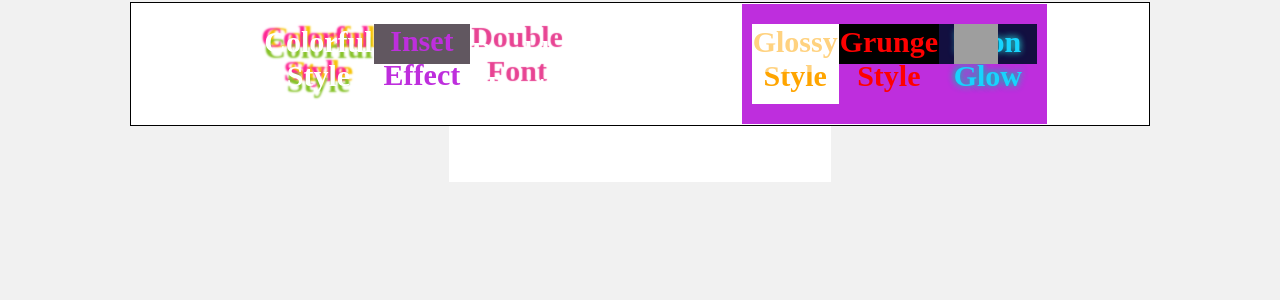
Repository: watermelonfee/HTCNWEB
Page: CSS/Tuan03/Bai2/Bai2b.html
An editor plug-in stored every save of this project. The page is shown before and after the next save, followed by the edit.
The browser window is 1280 px wide. The pictures show the whole page.
Pictures or frames that could not be fetched are drawn as grey boxes.

Above is the page before, as saved 2023-03-13 23:09:44.

### CSS/Tuan03/Bai2/Bai2b.html
<!DOCTYPE html>
<html lang="en">

<head>
    <meta charset="UTF-8" />
    <meta name="viewport" content="width=device-width, initial-scale=1.0" />
    <link rel="stylesheet" href="bai2b.css" />
    <title>Bai 2b - html</title>
</head>

<body>
    <div id="content">
        <div id="content2">
            <div id="divID1">Colorful Style</div>
            <div id="divID2">Inset Effect</div>
            <div id="divID3">Double Font</div>
        </div>
        <div id="content3">
            <div id="divID4">
                Glossy Style
                <span id="divID4_span"></span>
            </div>
            <div id="divID5">
                Grunge Style
                <span id="divID5_span"></span>
            </div>
            <div id="divID6">Neon Glow</div>
        </div>
    </div>
    <div id="content2" class="container">
        <p>Cool CSS Text Effect</p>
    </div>
</body>

</html>

### CSS/Tuan03/Bai2/bai2b.css
* {
    margin: 0 auto;
    padding: 1px;
    box-sizing: border-box;
}

body {
    background-color: #f1f1f1;
}

div {
    background-color: white;
    font-size: 30px;
    font-weight: 600;
}

#content {
    width: 80%;
    border: 1px solid;
    display: flex;
    justify-content: space-between;
}

#content2 {
    width: 30%;
    text-align: center;
    font-size: 30px;
    padding: 10px;
    font-weight: 700;
    color: white;
    display: flex;
    justify-content: space-between;
}

#content3 {
    width: 30%;
    background-color: #be2edd;
    text-align: center;
    font-size: 30px;
    padding: 10px;
    font-weight: 700;
    color: white;
    display: flex;
    justify-content: space-between;
}

#divID1 {
    text-shadow: 0 6px 2px #85c226, -3px -5px 2px #fe2192, 3px -5px 2px #f7c200;
    margin-top: 10px;
    margin-bottom: 10px;
    margin-left: 20px;
    height: 40px;
    width: 250px;
    align-items: center;
}

#divID2 {
    padding: 0px 10px 0px 10px;
    color: #be2edd;
    background-color: #615760;
    margin-top: 10px;
    margin-bottom: 10px;
    height: 40px;
    width: 200px;
    align-items: center;
}

#divID3 {
    text-shadow: 0px -15px 1px #e84393;
    margin-top: 20px;
    margin-bottom: 10px;
}

#divID4 {
    position: relative;
    font-weight: bold;
    color: orange;
    margin-top: 10px;
    margin-bottom: 10px;
}

#divID4_span {
    position: absolute;
    display: block;
    top: 0;
    left: 0;
    height: 60%;
    width: 100%;
    z-index: 21;
    /* background: url('../../images/bt-css/glossy.png'); */
    background: linear-gradient(white, rgb(255, 255, 255));
    opacity: 0.5;
}

#divID5 {
    position: relative;
    font-weight: bold;
    color: red;
    margin-top: 10px;
    margin-bottom: 10px;
    background-color: black;
    height: 40px;
    width: 250px;
    align-items: center;
}

#divID5_span {
    position: absolute;
    display: block;
    top: 0;
    left: 115px;
    width: 44%;
    height: 100%;
    z-index: 21;
    background: url('../../images/bt-css/grunge.png');
}

#divID6 {
    background-color: #130f40;
    color: #17D4FE;
    text-shadow: 0px 0px 7px #22a6b3, -1px -1px 7px #22a6b3;
    margin-top: 10px;
    margin-bottom: 10px;
    height: 40px;
    width: 250px;
    align-items: center;
}

After the next save:
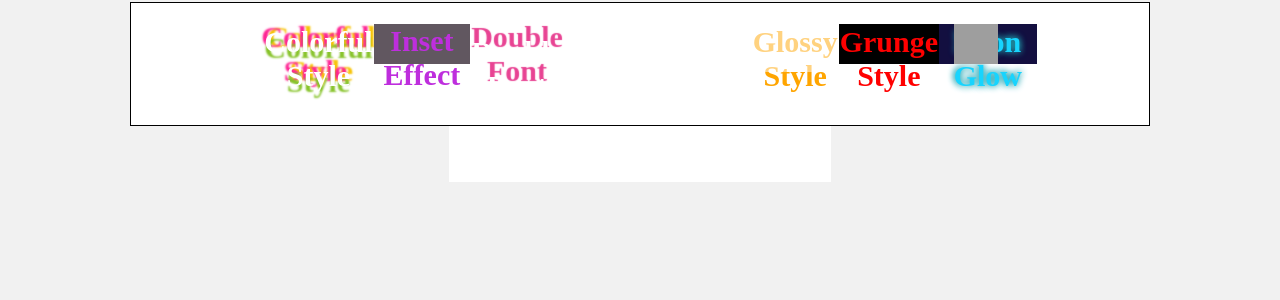
Saved 27 s later.
--- a/CSS/Tuan03/Bai2/bai2b.css
+++ b/CSS/Tuan03/Bai2/bai2b.css
@@ -34,7 +34,6 @@ div {
 
 #content3 {
     width: 30%;
-    background-color: #be2edd;
     text-align: center;
     font-size: 30px;
     padding: 10px;
